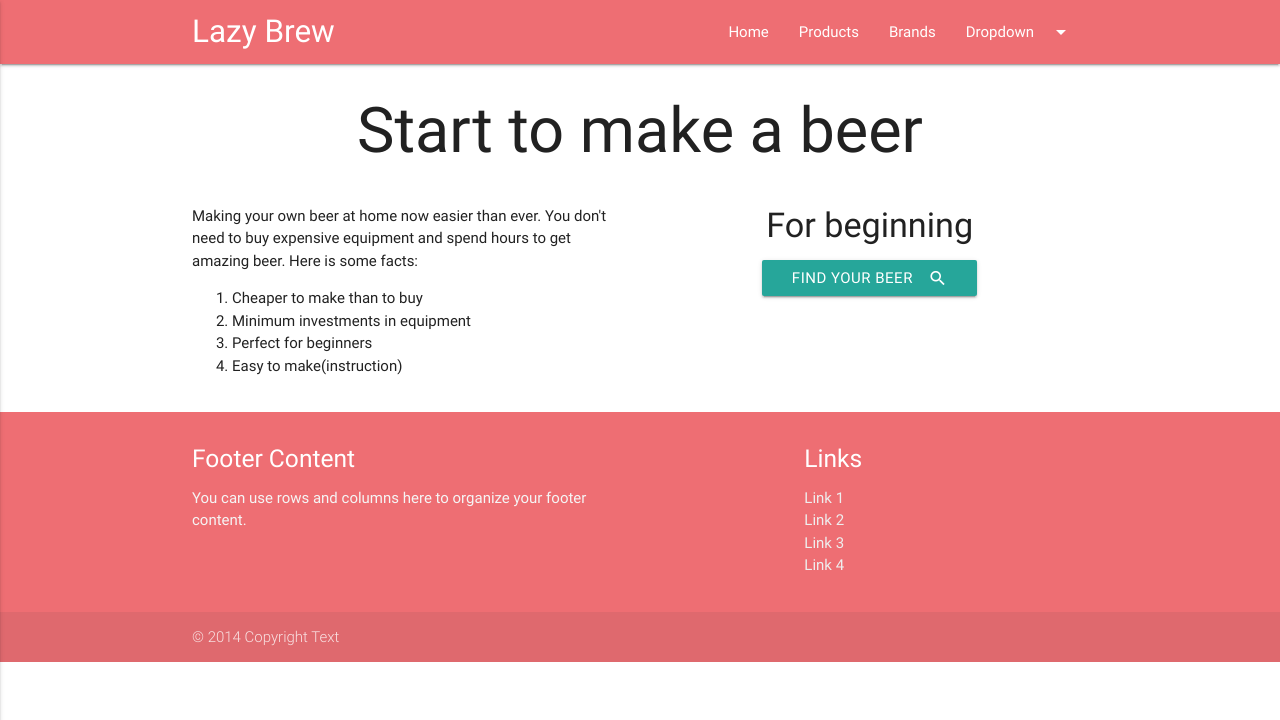
Repository: Leon2ev/lazy-brew
Page: http://localhost/
The author's editor kept a record of every edit. The page is drawn from the files as they stood at one moment, then again after the next edit.
The browser window is 1280 px wide. The pictures show the whole page.
Some web libraries are served in a nearby version. The page is served by the project's application, run on Flask 3 (app.py). Queries for data that is not in the repository find no rows.

Above is the page before.

After the next edit:
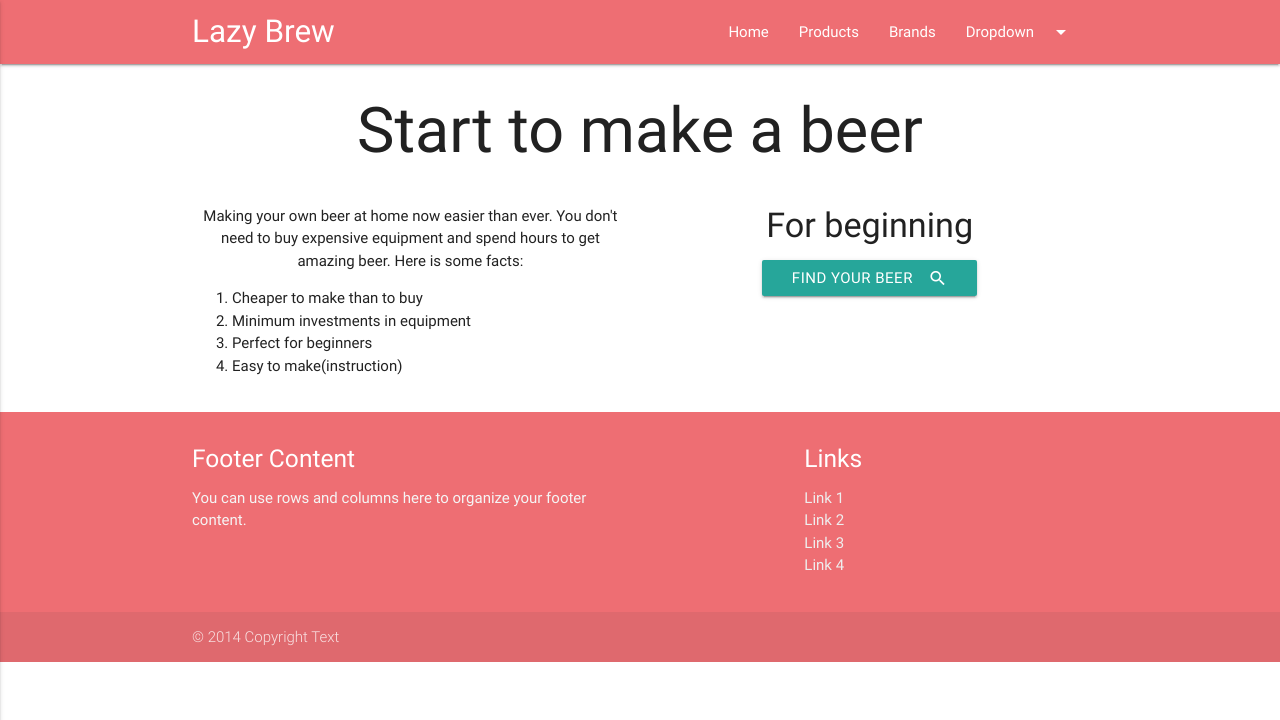
The edit:
--- a/templates/index.html
+++ b/templates/index.html
@@ -7,7 +7,7 @@
                     <h1 class="center-align">Start to make a beer</h1>
                 </div>
                 <div class="col s12 l6">
-                    <p>
+                    <p class="center-align">
                         Making your own beer at home now easier than ever. You don't
                         need to buy expensive equipment and spend hours to get amazing
                         beer. Here is some facts:

After the edit that followed:
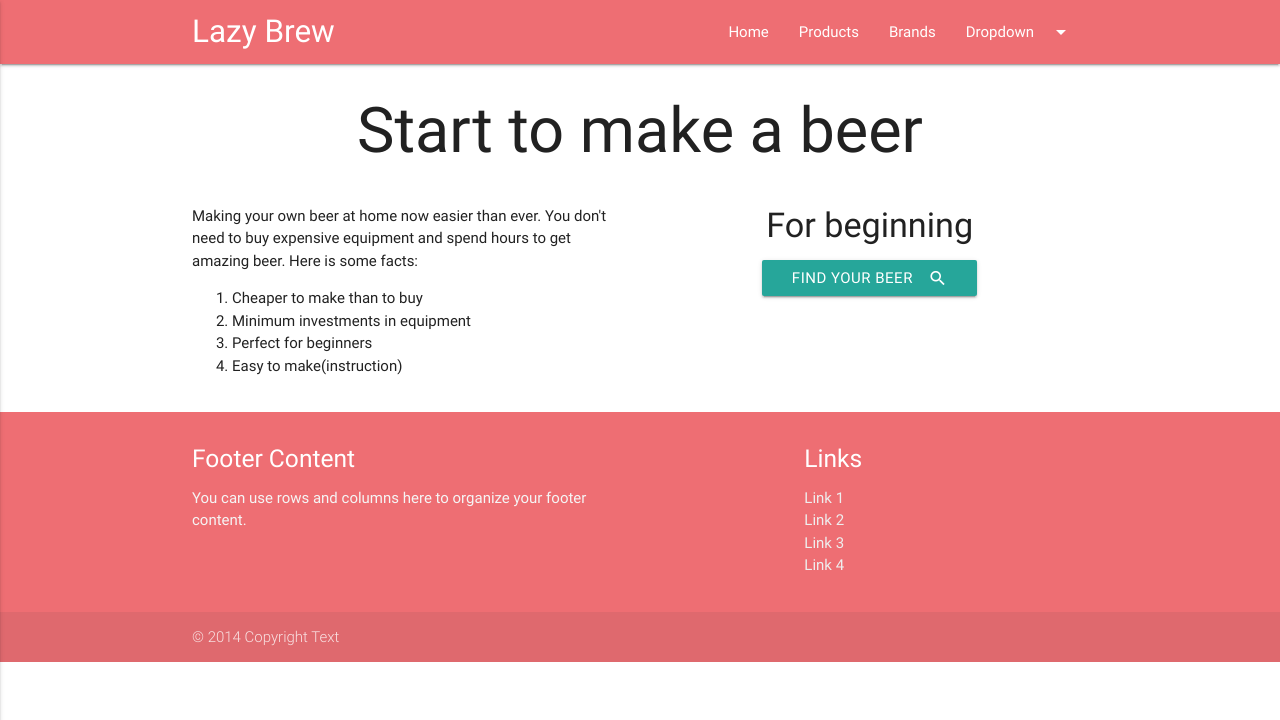
The edit:
--- a/templates/index.html
+++ b/templates/index.html
@@ -7,7 +7,7 @@
                     <h1 class="center-align">Start to make a beer</h1>
                 </div>
                 <div class="col s12 l6">
-                    <p class="center-align">
+                    <p>
                         Making your own beer at home now easier than ever. You don't
                         need to buy expensive equipment and spend hours to get amazing
                         beer. Here is some facts:
